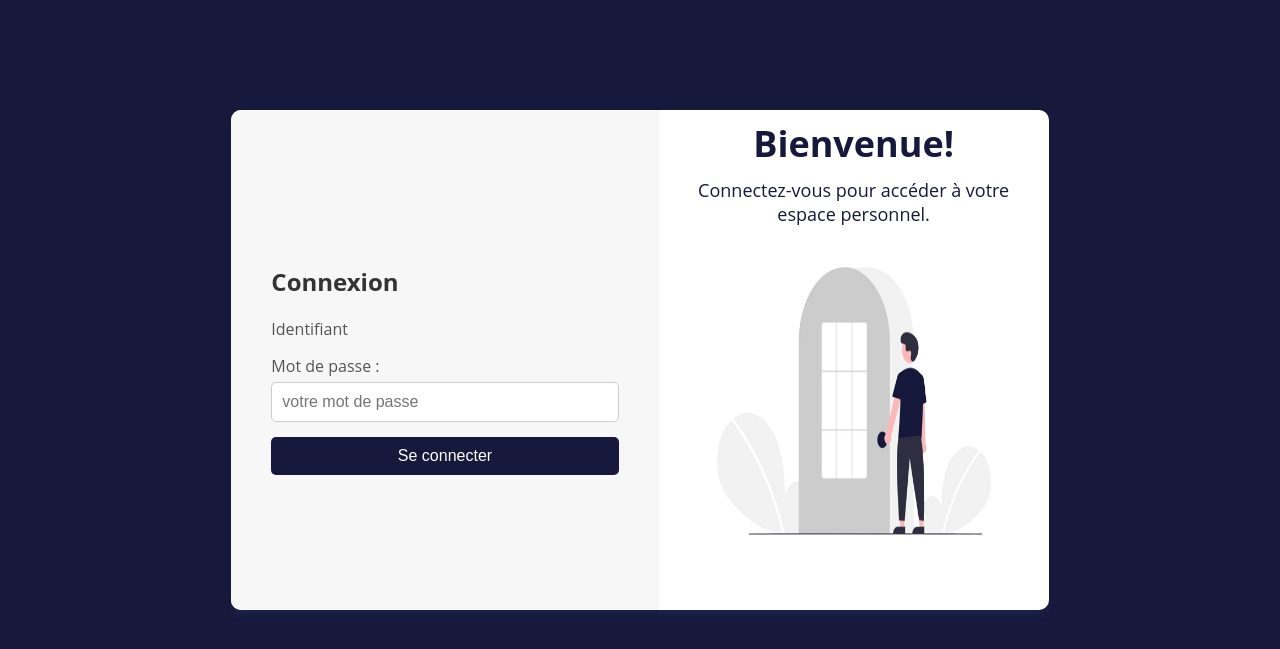
Repository: ndiawar/ProjetGab
Page: home.html
An editor plug-in stored every save of this project. The page is shown before and after the next save, followed by the edit.
The browser window is 1280 px wide. The pictures show the whole page.

Above is the page before, as saved 2024-08-07 14:03:45.

After the next save:
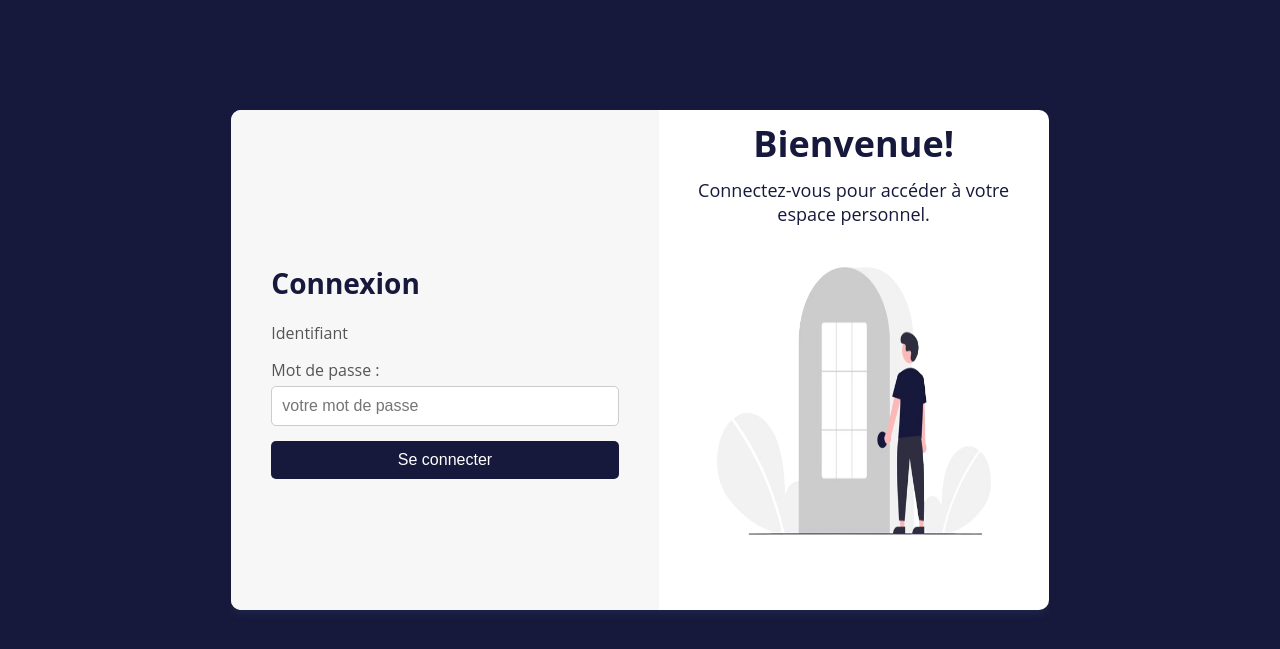
Saved 66 s later.
--- a/style.css
+++ b/style.css
@@ -84,7 +84,8 @@ body, html {
 /* Style pour les titres et formulaires dans la section de connexion */
 .login-form h2 {
     margin-bottom: 20px;
-    color: #333;
+    color: var(--color-title);
+    font-size: var(--font-size-title);
 }
 
 .form-group {
